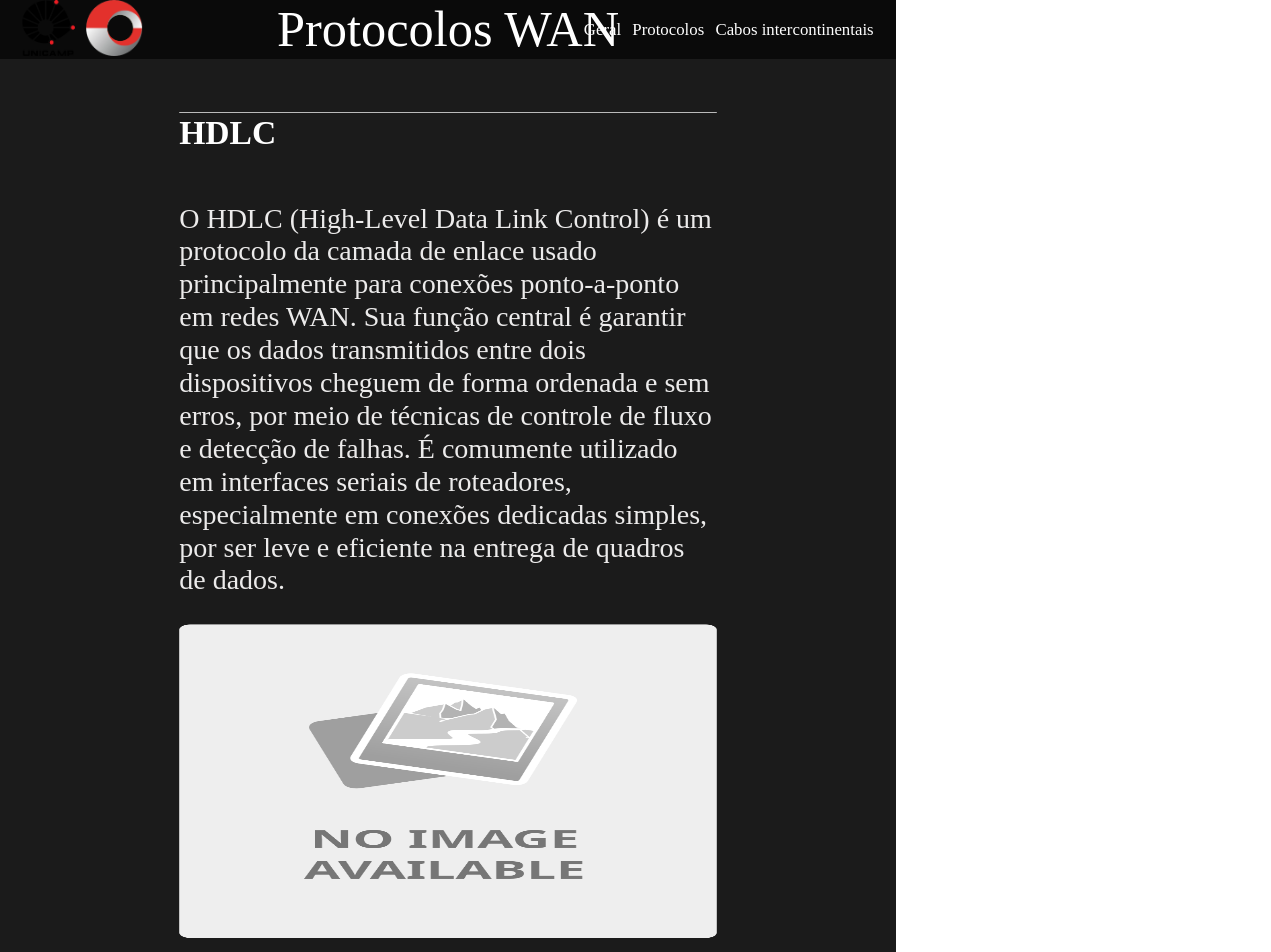
Repository: rafafbd/Site-sobre-redes-remotas
Page: Code/protocolos.html
These files come from the project's save history. The page is drawn as it stood at one moment and after the next save; the edit follows.
The browser window is 1280 px wide. The page is 1280 px wide, then 1815 px, so the pictures cover 1815 px, including what lies to the right of the window. The pictures show the part of the page from y = 0 to 1360 px (the page is 5904 px tall before and 7267 px after), at 70% of full size.

Above is the page before, as saved 2025-05-28 07:50:51.

### Code/protocolos.html
<!DOCTYPE html>
<html lang="en">

<head>
    <meta charset="UTF-8">
    <meta name="viewport" content="width=device-width, initial-scale=1.0">
    <title>Document</title>
    <link rel="stylesheet" href="index.css">
</head>

<body>
    <header class="flex-space" id="header">
        <div class="flex-space gap logos">
            <a href="https://unicamp.br/"><img src="/Assets/image.png" alt="" class="logo"></a>
            <a href="https://cotuca.unicamp.br/"><img src="/Assets/logo-cotuca.png" alt="" class="logo"></a>
        </div>
        <p class="titulo-principal central">Protocolos WAN</p>
        <div class="flex-space meio gap nav">
            <a href="index.html" class="aHead">Geral</a>
            <a href="protocolos.html" class="aHead">Protocolos</a>
            <a href="cabos.html" class="aHead">Cabos intercontinentais</a>
        </div>
    </header>
    <main class="centro">

        <div class="full-content">
            <h1 class="subtitulo">HDLC</h1>
        </div>
        <div class="centro">
            <p class="full-content texto">
                O HDLC (High-Level Data Link Control) é um protocolo da camada de enlace usado principalmente para
                conexões ponto-a-ponto em redes WAN. Sua função central é garantir que os dados transmitidos entre dois
                dispositivos cheguem de forma ordenada e sem erros, por meio de técnicas de controle de fluxo e detecção
                de falhas. É comumente utilizado em interfaces seriais de roteadores, especialmente em conexões
                dedicadas
                simples, por ser leve e eficiente na entrega de quadros de dados.
            </p>
            <img src="/Assets/placeholder.png" alt="" class="full-content imagem">
        </div>

        <div class="full-content">
            <h1 class="subtitulo">PPP</h1>
        </div>
        <div class="full-content flex-space padCima">
            <img src="/Assets/placeholder.png" alt="" class="imagem">
            <ul class="lista">
                <li>
                    <p class="texto">Significa Point-to-Point Protocol</p>
                </li>
                <li>
                    <p class="texto">Substitui o HDLC em muitos contextos</p>
                </li>
                <li>
                    <p class="texto">Suporta autenticação (PAP, CHAP)</p>
                </li>
                <li>
                    <p class="texto">Encapsula múltiplos protocolos de rede</p>
                </li>
                <li>
                    <p class="texto">Usado em conexões como DSL, VPNs e links dedicados</p>
                </li>
            </ul>
        </div>


        <div class="full-content">
            <h1 class="subtitulo">TCP/IP</h1>
        </div>
        <div class="full-content flex-space padCima">
            <img src="/Assets/placeholder.png" alt="" class="imagem">
            <ul class="lista">
                <li>
                    <p class="texto">Conjunto de protocolos padrão da Internet</p>
                </li>
                <li>
                    <p class="texto">Estrutura em camadas: aplicação, transporte, rede e enlace</p>
                </li>
                <li>
                    <p class="texto">TCP garante entrega confiável de dados</p>
                </li>
                <li>
                    <p class="texto">IP trata de endereçamento e roteamento</p>
                </li>
                <li>
                    <p class="texto">Essencial para redes WAN e comunicação global</p>
                </li>
            </ul>
        </div>


        <div class="full-content">
            <h1 class="subtitulo">Frame Relay e ATM</h1>
        </div>
        <div class="centro">
            <p class="full-content texto">
                Frame Relay e ATM (Asynchronous Transfer Mode) são tecnologias que organizam a comutação de dados.
                O Frame Relay desempenhava a função de transportar pacotes de dados entre
                locais remotos de forma econômica, utilizando enlaces virtuais em pacotes. Já o ATM foi projetado
                para integrar voz, vídeo e dados em uma única infraestrutura, transmitindo informações em células de tamanho
                fixo (53 bytes), o que permitia controle preciso de qualidade de serviço (QoS).





            </p>
            <img src="/Assets/placeholder.png" alt="" class="full-content imagem">
        </div>


        <div class="full-content">
            <h1 class="subtitulo">MPLS (Significa Multiprotocol Label Switching)</h1>
        </div>
        <div class="full-content flex-space padCima">
            <img src="/Assets/placeholder.png" alt="" class="imagem">
            <ul class="lista">
                <li>
                    <p class="texto">Alternativa mais moderna para o Frame Relay e ATM</p>
                </li>
                <li>
                    <p class="texto">Funciona entre as camadas de enlace e rede</p>
                </li>
                <li>
                    <p class="texto">Usa rótulos (labels) para <span>roteamento eficiente</span></p>
                </li>
                <li>
                    <p class="texto">Permite engenharia de tráfego e QoS avançada</p>
                </li>
                <li>
                    <p class="texto">Ideal para WANs corporativas com aplicações críticas</p>
                </li>
            </ul>
        </div>

    </main>
</body>

</html>

### Code/index.css

:root{
    --branco: #ffffff;
    --bracoc: #ecebeb;
    --pastel: #f3ffb0;
    --pretoEsc: #0a0a0a;
    --pretoCla: #1b1b1b ;
}

body{
    margin: 0;
}

.flex-space{
    display: flex;
    justify-content: space-between;
    align-items: center;
}

.gap{
    gap: 1rem;
}

.central{
    position: absolute;
    left: 50%;
    transform: translateX(-50%);
}

.centro{
    display: flex;
    justify-content: center;
    flex-wrap: wrap;
}

.meio{
    display: flex;
    align-items: center;
}

.full-content{
    width: 60%;
}

.padCima{
    padding-top: 1rem;
}

.imagem{
    height: 28rem;
}

.titulo{
    color: var(--pastel);
    font-size: 4rem;
    font-weight: bolder;
}

.subtitulo{
    color: var(--branco);
    font-size: 3rem;
    font-weight: bold;
    border-top: solid 0.1rem var(--branco);
    margin-top: 5rem;
}

.titulo-principal{
    color: var(--branco);
    font-size: 4.5rem;
}

.texto{
    color: var(--bracoc);
    font-size: 2.5rem;
}

span{
    /* text-decoration: underline; */
    font-weight: bold;
}

.lista{
    list-style-type: disc;
}

.lista li::marker{
    color: var(--branco);
}

header{
    position: fixed;
    width: 100%;
    background-color: var(--pretoEsc);
    margin-bottom: 1rem;
}

.logos{
    margin-left: 2rem;
}

.logo{
    height: 5rem;
}

.nav{
    margin-right: 2rem;
}

.aHead{
    color: var(--branco);
    text-decoration: none;
    font-size: 1.5rem;
}

main{
    padding-top: 5rem;
    background-color: var(--pretoCla);
    flex-direction: column;
    align-items: center;
}

After the next save:
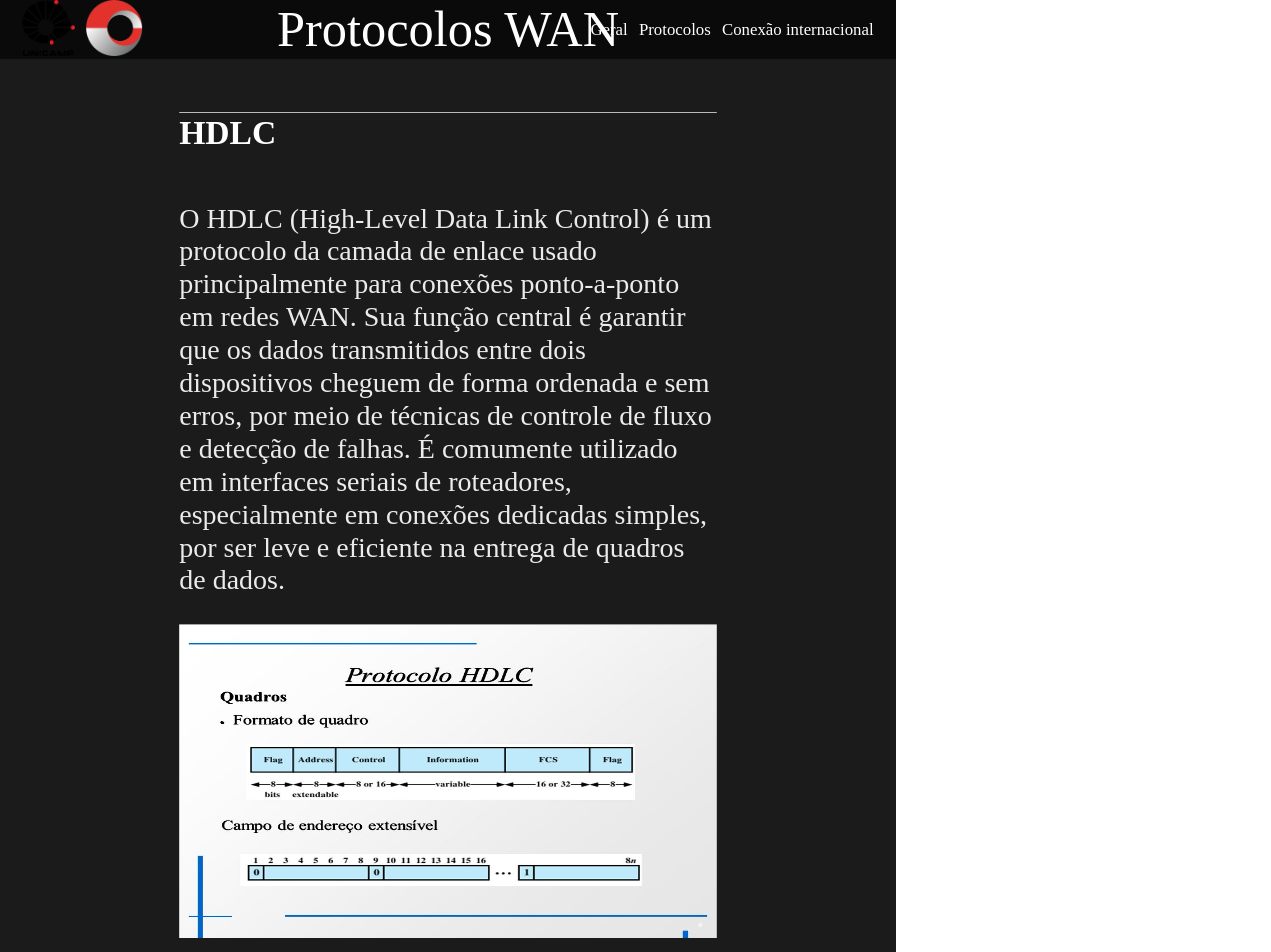
Saved 9 s later.
--- a/Code/protocolos.html
+++ b/Code/protocolos.html
@@ -18,7 +18,7 @@
         <div class="flex-space meio gap nav">
             <a href="index.html" class="aHead">Geral</a>
             <a href="protocolos.html" class="aHead">Protocolos</a>
-            <a href="cabos.html" class="aHead">Cabos intercontinentais</a>
+            <a href="cabos.html" class="aHead">Conexão internacional</a>
         </div>
     </header>
     <main class="centro">
@@ -35,14 +35,14 @@
                 dedicadas
                 simples, por ser leve e eficiente na entrega de quadros de dados.
             </p>
-            <img src="/Assets/placeholder.png" alt="" class="full-content imagem">
+            <img src="/Assets/HDLC.jpg" alt="" class="full-content imagem">
         </div>
 
         <div class="full-content">
             <h1 class="subtitulo">PPP</h1>
         </div>
         <div class="full-content flex-space padCima">
-            <img src="/Assets/placeholder.png" alt="" class="imagem">
+            <img src="/Assets/05-43.png" alt="" class="imagem">
             <ul class="lista">
                 <li>
                     <p class="texto">Significa Point-to-Point Protocol</p>
@@ -67,7 +67,7 @@
             <h1 class="subtitulo">TCP/IP</h1>
         </div>
         <div class="full-content flex-space padCima">
-            <img src="/Assets/placeholder.png" alt="" class="imagem">
+            <img src="/Assets/image-61.webp" alt="" class="imagem" id="TCPIP">
             <ul class="lista">
                 <li>
                     <p class="texto">Conjunto de protocolos padrão da Internet</p>
@@ -104,7 +104,7 @@
 
 
             </p>
-            <img src="/Assets/placeholder.png" alt="" class="full-content imagem">
+            <img src="/Assets/Captura de tela 2025-05-27 223728.png" alt="" class="full-content imagem">
         </div>
 
 
@@ -112,7 +112,7 @@
             <h1 class="subtitulo">MPLS (Significa Multiprotocol Label Switching)</h1>
         </div>
         <div class="full-content flex-space padCima">
-            <img src="/Assets/placeholder.png" alt="" class="imagem">
+            <img src="/Assets/ce-pe-p.webp" alt="" class="imagem" id="MPLS">
             <ul class="lista">
                 <li>
                     <p class="texto">Alternativa mais moderna para o Frame Relay e ATM</p>
